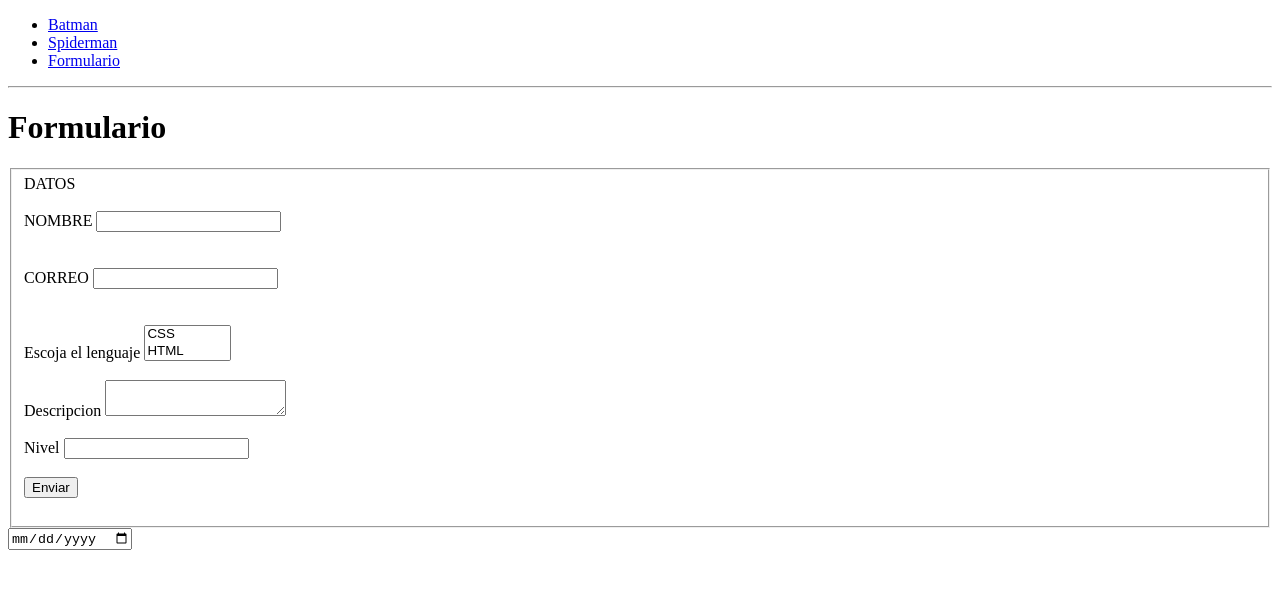
Repository: Arito05/Mi-primer-Repositorio
Page: dia1/formulario.html
An editor plug-in stored every save of this project. The page is shown before and after a run of saves, followed by the edit.
The browser window is 1280 px wide. The pictures show the whole page.

Above is the page before, as saved 2024-07-19 09:11:37.

### dia1/formulario.html
<!DOCTYPE html>
<html lang="en">
  <head>
    <meta charset="UTF-8" />
    <meta name="viewport" content="width=device-width, initial-scale=1.0" />
    <title>Formulario</title>
  </head>
  <body>
    <ul>
      <li><a href="intex.html">Batman</a></li>
      <li><a href="intex2.html">Spiderman</a></li>
      <li><a href="formulario.html">Formulario</a></li>
    </ul>
    <hr />
    <h1>Formulario</h1>
     <div>
    <form>
      <fieldset>
        DATOS<br /><br />

        <label for="nombre">NOMBRE</label>
        <input
          type="text"
          name="nombre"
          id="nombre"
          style="color: blue"
        /><br /><br /><br />
        <label>CORREO</label>
        <input type="email" name="email" /> <br /><br /><br />

        <label for="lenguaje">Escoja el lenguaje</label>
        <select id="lenguaje" name="lenguaje" size="2">
          <option>CSS</option>
          <option>HTML</option>
          <option>JAVASCRIPT</option>
        </select>
        <br />
        <br />
        <labe>Descripcion</labe>
        <textarea></textarea> <br /><br />

        <label for="niveles">Nivel</label>
        <input list="niveles" />
        <datalist id="niveles">
          <option>1</option>
          <option>2</option>
          <option>3</option>
          <option>4</option>
          <option>5</option>
        </datalist>
        <br /><br />

        <button
          type="button"
          onclick="alert('hola, soy arianna')"
          value="enviar"
        >
          Enviar
        </button>
        <br /><br />
      </fieldset>
      <input type="date" />
    </form>
  </body>
</html>

After the next 2 saves:
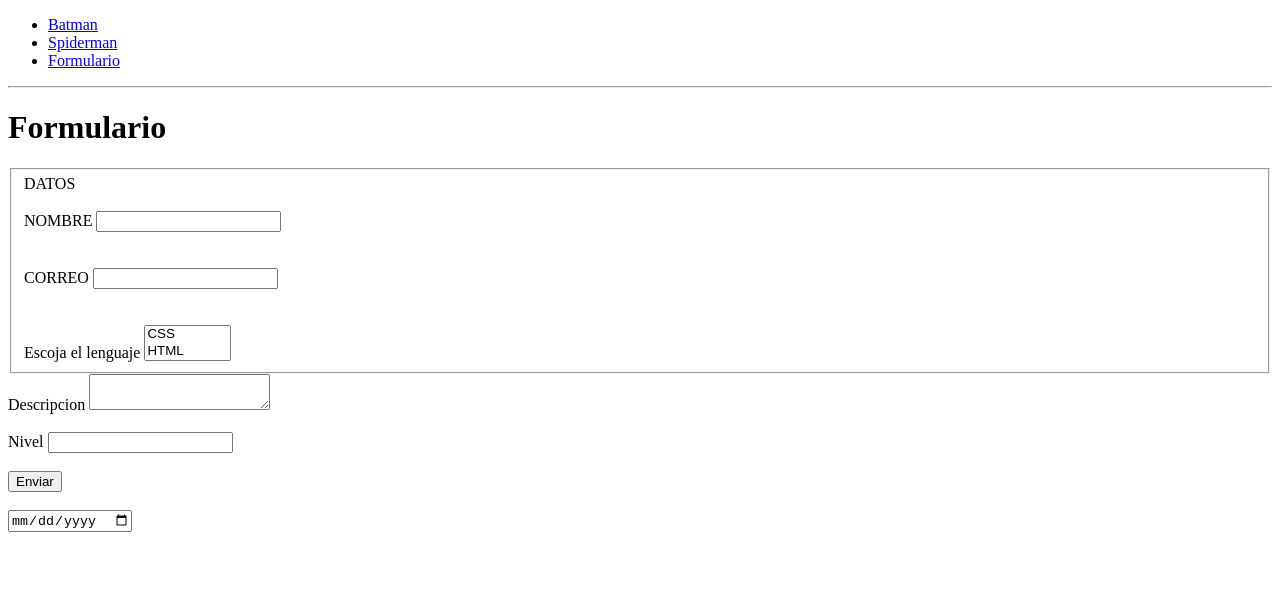
The 2 saves are shown as one change because they came seconds apart.
The last was saved 18 s later.
--- a/dia1/formulario.html
+++ b/dia1/formulario.html
@@ -34,8 +34,7 @@
           <option>HTML</option>
           <option>JAVASCRIPT</option>
         </select>
-        <br />
-        <br />
+      </div>
         <labe>Descripcion</labe>
         <textarea></textarea> <br /><br />
 
